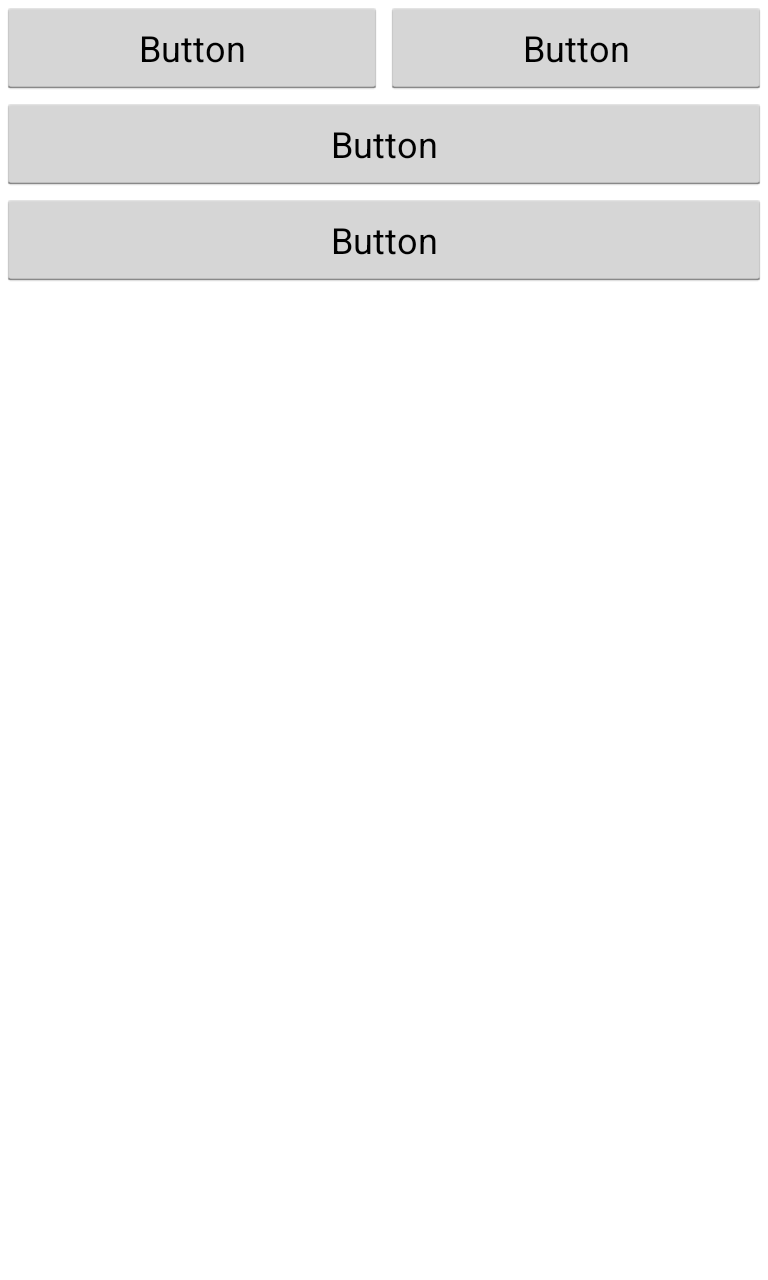
Repository: HGtz2222/LearningAndroid
Layout: test1/Calc/res/layout/calcActivity.xml
An editor plug-in stored every save of this project. The layout is shown before and after the next save, followed by the edit.
It is drawn on a 768 x 1280 px phone screen (xhdpi) without system bars, with theme AppTheme; the app's code is not run.

Above is the layout before, as saved 2014-09-15 07:31:35.

After the next save:
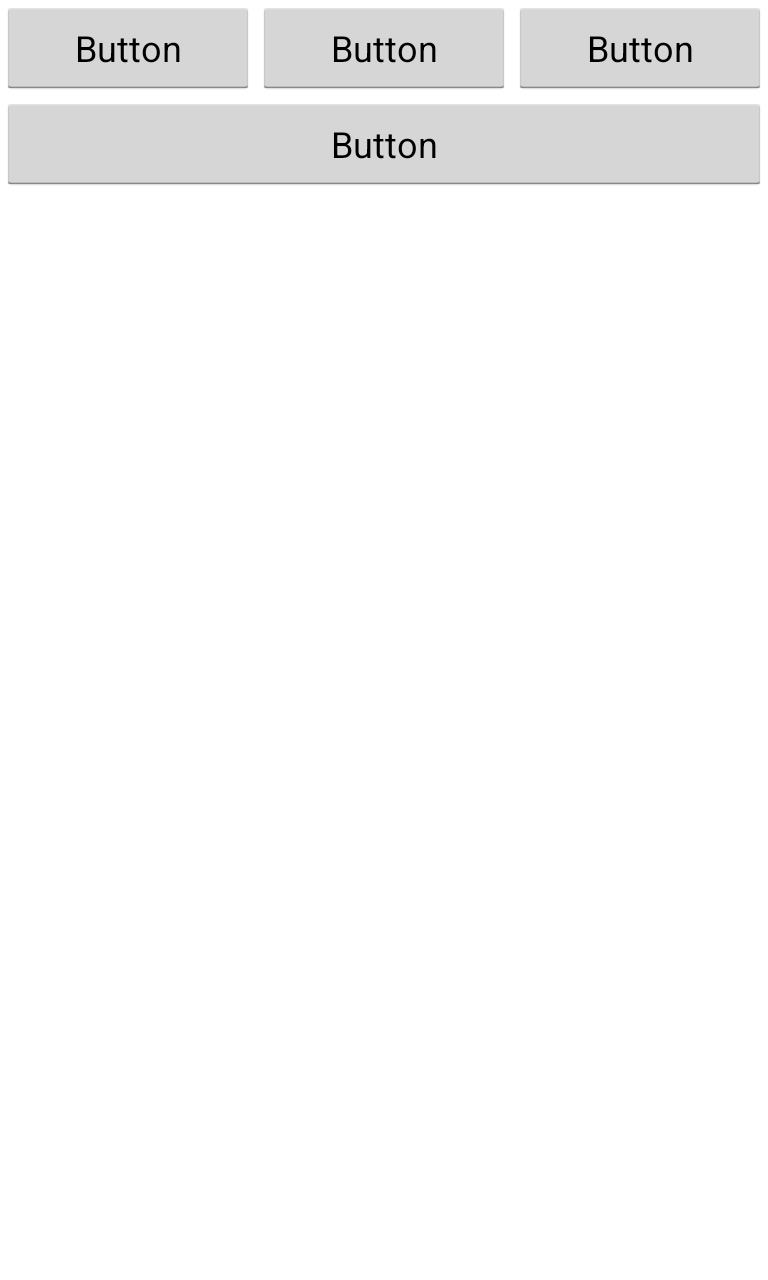
Saved 35 s later.
--- a/test1/Calc/res/layout/calcActivity.xml
+++ b/test1/Calc/res/layout/calcActivity.xml
@@ -22,13 +22,14 @@
             android:layout_weight="1"
             android:text="Button" />
 
+        <Button
+            android:id="@+id/button3"
+            android:layout_width="wrap_content"
+            android:layout_height="wrap_content"
+            android:layout_weight="1"
+            android:text="Button" />
+
     </TableRow>
-
-    <Button
-        android:id="@+id/button3"
-        android:layout_width="wrap_content"
-        android:layout_height="wrap_content"
-        android:text="Button" />
 
     <Button
         android:id="@+id/button4"
